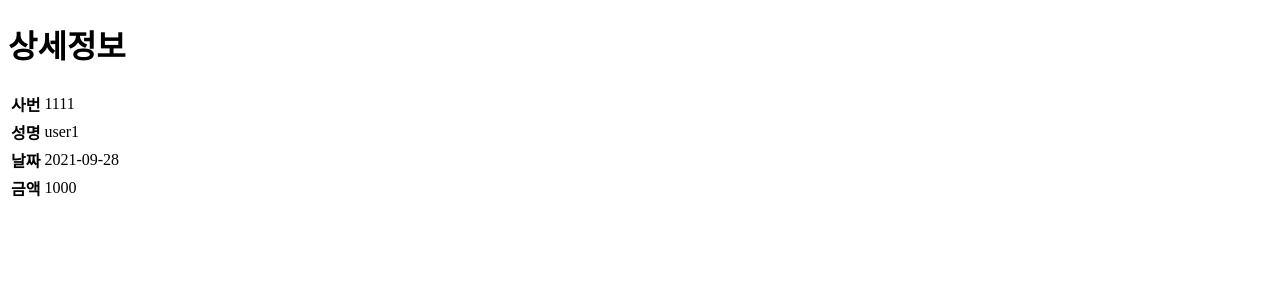
Repository: SeYoung1012/Bitcamp
Page: http://localhost/04_JDBC/guest/detail.jsp
An editor plug-in stored every save of this project. The page is shown before and after the next save, followed by the edit.
The browser window is 1280 px wide. The pictures show the whole page.
The page is served by Tomcat 9.

Above is the page before, as saved 2021-09-28 06:51:36.

### 60_web/04_JDBC/WebContent/guest/detail.jsp
<%@ page language="java" contentType="text/html; charset=UTF-8"
    pageEncoding="UTF-8"%>

 <%-- 전달받은 사번으로 DB에서 조회해서 가져온 데이터 화면표시 --%>

<!DOCTYPE html>
<html>
<head>
<meta charset="UTF-8">
<title> 상세페이지 </title>
</head>
<body>
	<h1> 상세정보</h1>
	<table>
		<tr>
			<th> 사번</th>
			<td> 1111</td>
		</tr>
		<tr>
			<th> 성명</th>
			<td> user1</td>
		</tr>
		<tr>
			<th> 날짜 </th>
			<td> 2021-09-28</td>
		</tr>
			<th> 금액 </th>
			<td> 1000</td>
		</tr>

	</table>

	<a href = "#"  value = "수정"></a>
	<a href = "#"  value = "삭제"></a>


</body>
</html>

After the next save:
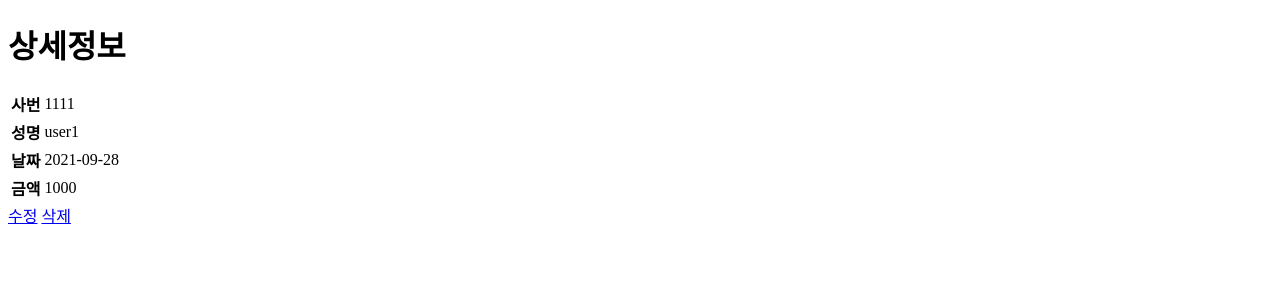
Saved 36 s later.
--- a/60_web/04_JDBC/WebContent/guest/detail.jsp
+++ b/60_web/04_JDBC/WebContent/guest/detail.jsp
@@ -30,8 +30,8 @@
 
 	</table>
 
-	<a href = "#"  value = "수정"></a>
-	<a href = "#"  value = "삭제"></a>
+	<a href ="#"> 수정</a>
+	<a href ="#" > 삭제</a>
 
 
 </body>
